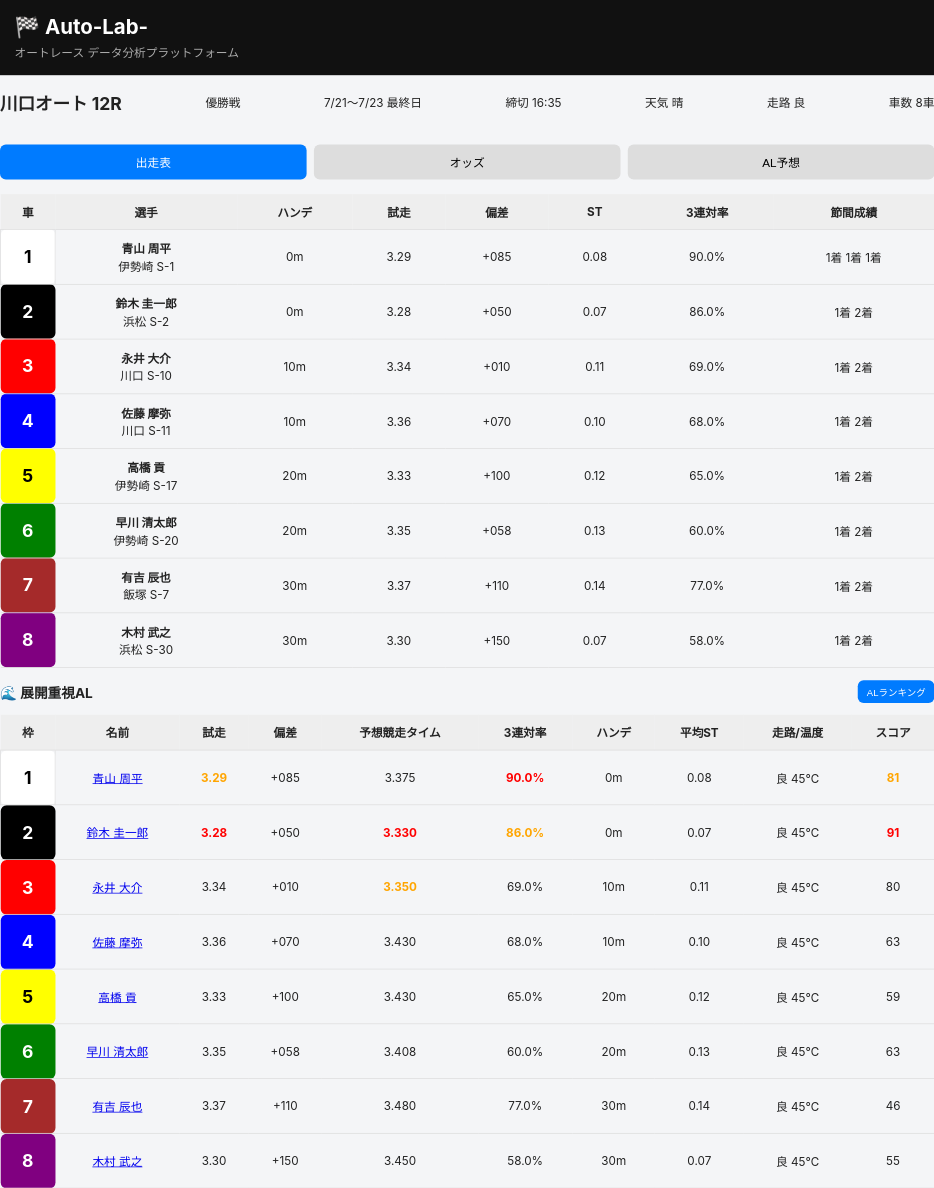
Repository: autorace-lab/Auto-Lab--main
Page: race.html
These files come from the project's save history. The page is drawn as it stood at one moment and after the next save; the edit follows.
The browser window is 1280 px wide. The pictures show the whole page, at 73% of full size.

Above is the page before, as saved 2026-08-01 13:01:41.

After the next save:
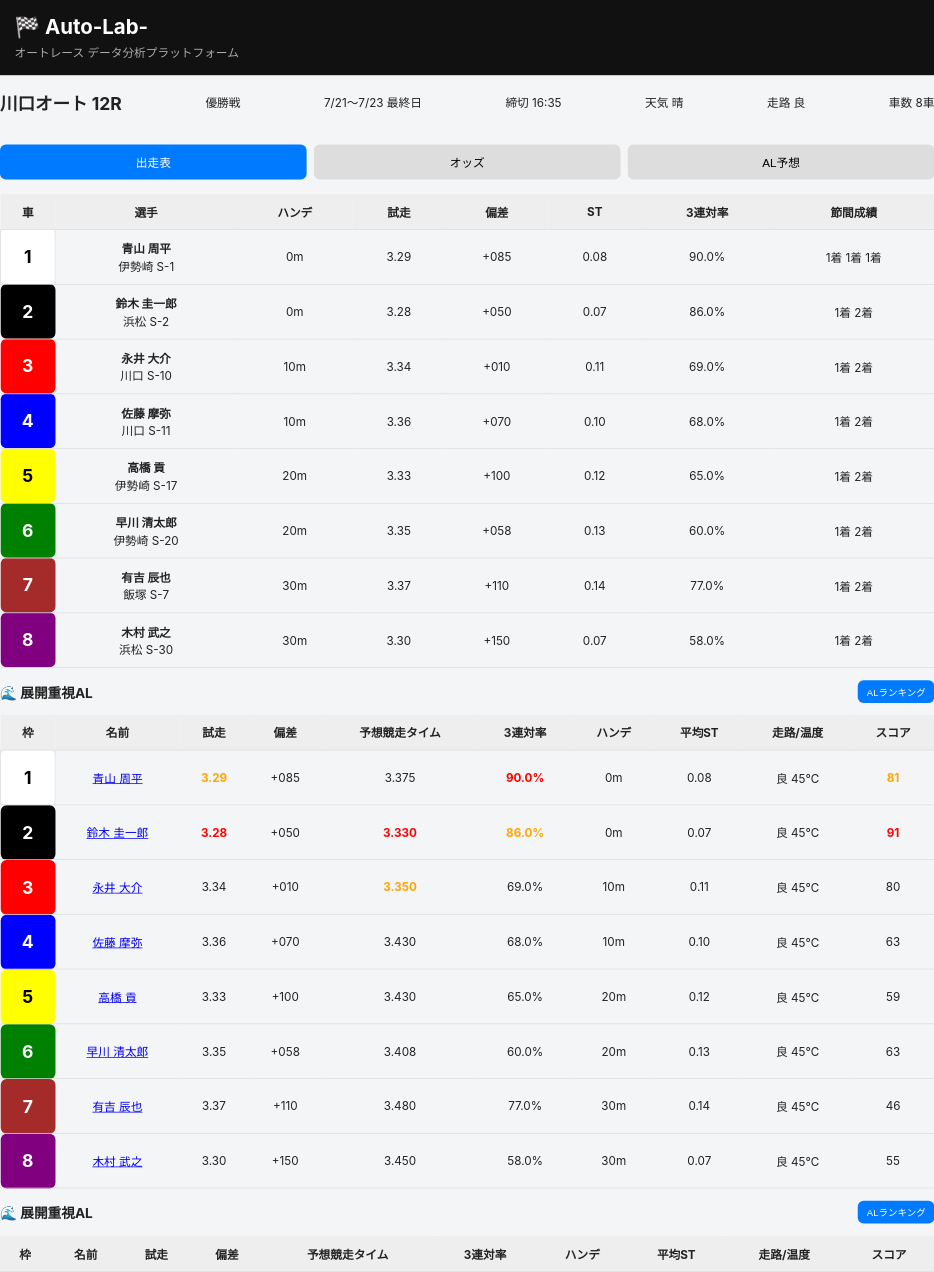
Saved 24 s later.
--- a/race.html
+++ b/race.html
@@ -304,6 +304,43 @@
 
 </table>
 
+<div class="al-header">
+    <h3>🌊 展開重視AL</h3>
+
+   <button class="rank-btn" id="developmentRankBtn" onclick="toggleDevelopmentRank()">
+    ALランキング
+</button>
+
+
+
+    </div>
+
+
+
+
+
+<table>
+<thead>
+<tr>
+<th>枠</th>
+<th>名前</th>
+<th>試走</th>
+<th>偏差</th>
+<th>予想競走タイム</th>
+<th>3連対率</th>
+<th>ハンデ</th>
+<th>平均ST</th>
+<th>走路/温度</th>
+<th>スコア</th>
+</tr>
+</thead>
+
+<tbody id="developmentTable">
+</tbody>
+
+</table>
+
+</div>
 
 
 

After the save that followed:
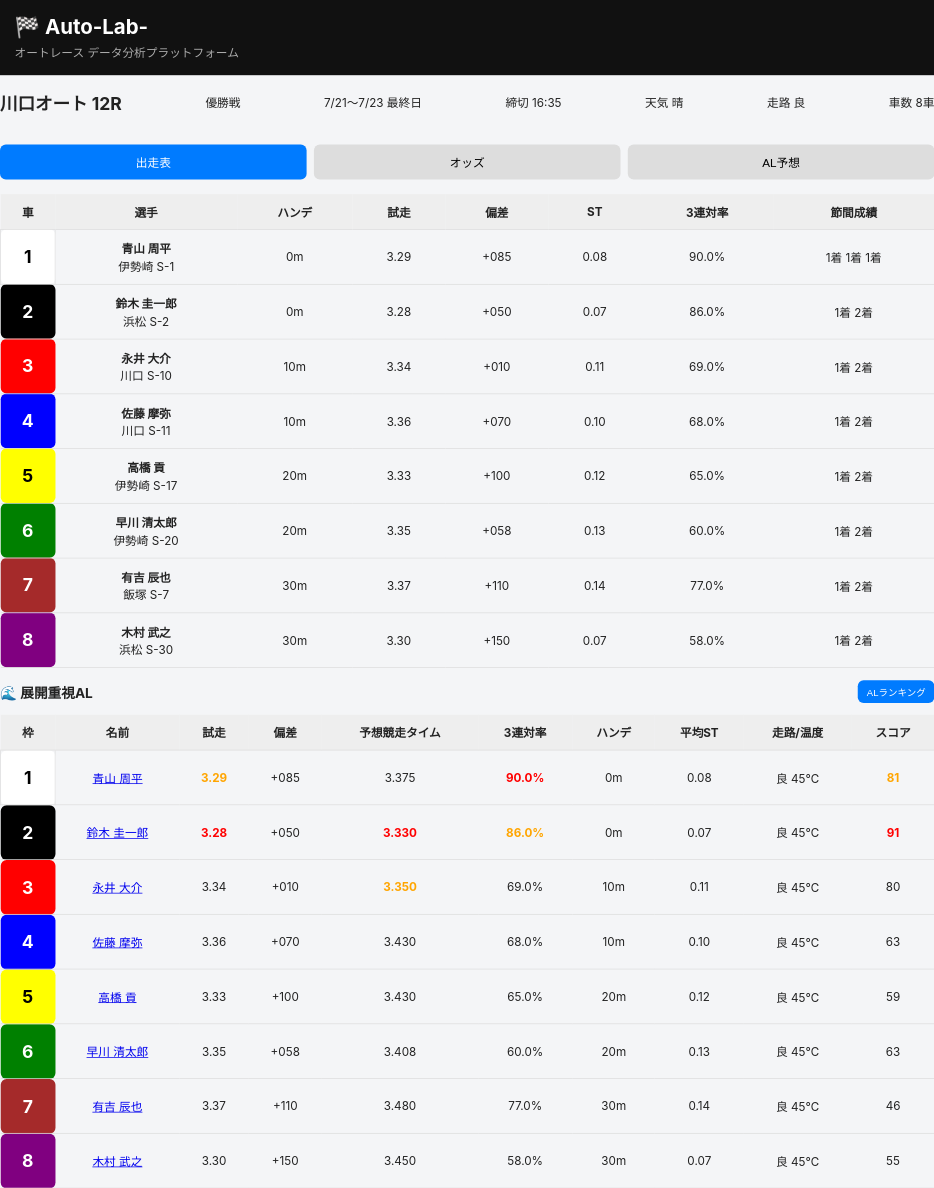
Saved 15 s later.
--- a/race.html
+++ b/race.html
@@ -304,51 +304,14 @@
 
 </table>
 
-<div class="al-header">
-    <h3>🌊 展開重視AL</h3>
-
-   <button class="rank-btn" id="developmentRankBtn" onclick="toggleDevelopmentRank()">
-    ALランキング
-</button>
-
-
-
-    </div>
-
-
-
-
-
-<table>
-<thead>
-<tr>
-<th>枠</th>
-<th>名前</th>
-<th>試走</th>
-<th>偏差</th>
-<th>予想競走タイム</th>
-<th>3連対率</th>
-<th>ハンデ</th>
-<th>平均ST</th>
-<th>走路/温度</th>
-<th>スコア</th>
-</tr>
-</thead>
-
-<tbody id="developmentTable">
-</tbody>
-
-</table>
-
-</div>
-
-
-
-
-
-
-
-
+</div>
+
+
+
+
+
+
+</div>
 
 <script src="script.js"></script>
 
